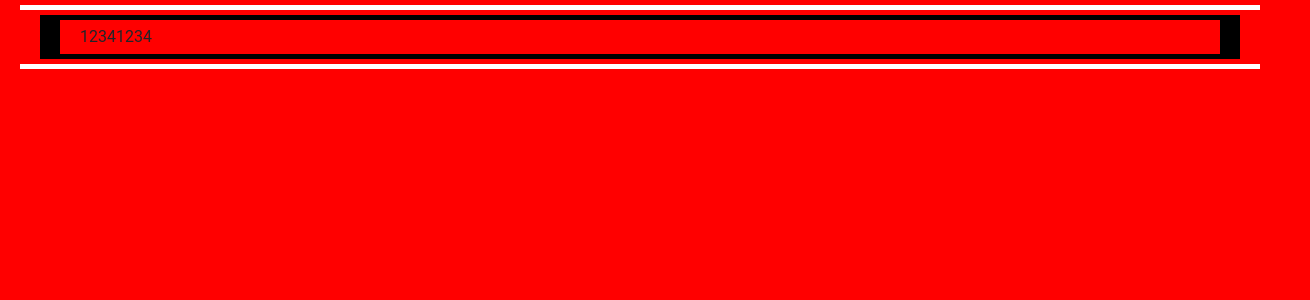
Repository: MiroslavWise/church-site
Page: /
The author's editor kept a copy of each file at every save. The page is drawn from the files as they stood at one save, then again after the next save.
The browser window is 1280 px wide. The page is 1280 px wide, then 1310 px, so the pictures cover 1310 px, including what lies to the right of the window. The pictures show the whole page.
The project was rebuilt for these pictures with package versions that can differ from the ones it lists, and the page was loaded fresh each time.

Above is the page before, as saved 2022-06-15 18:28:24.

After the next save:
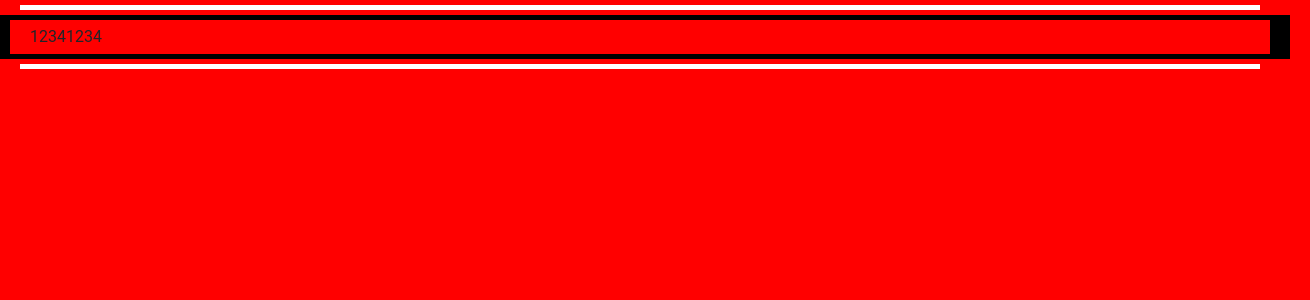
Saved 13 s later.
--- a/src/index.scss
+++ b/src/index.scss
@@ -15,7 +15,7 @@ body{
 }
 
 .div_body{
-  width: 1200px;
+  width: 1300px;
   background: #000;
 }
 
